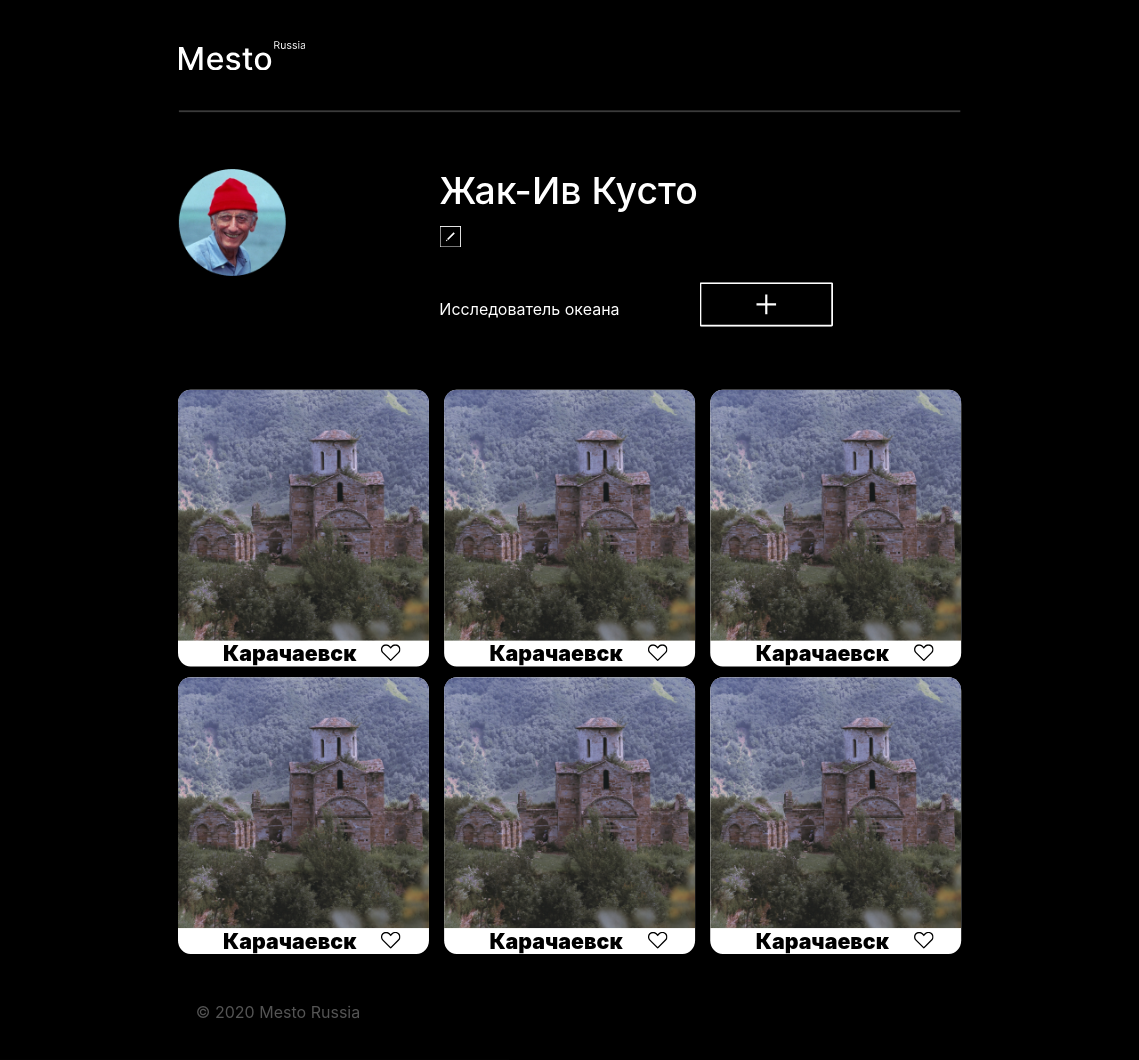
Repository: Ivan2399/mesto-project
Page: index.html
The author's editor kept a copy of each file at every save. The page is drawn from the files as they stood at one save, then again after the next save.
The browser window is 1280 px wide. The pictures show the whole page, at 89% of full size.

Above is the page before, as saved 2021-11-16 18:24:59.

After the next save:
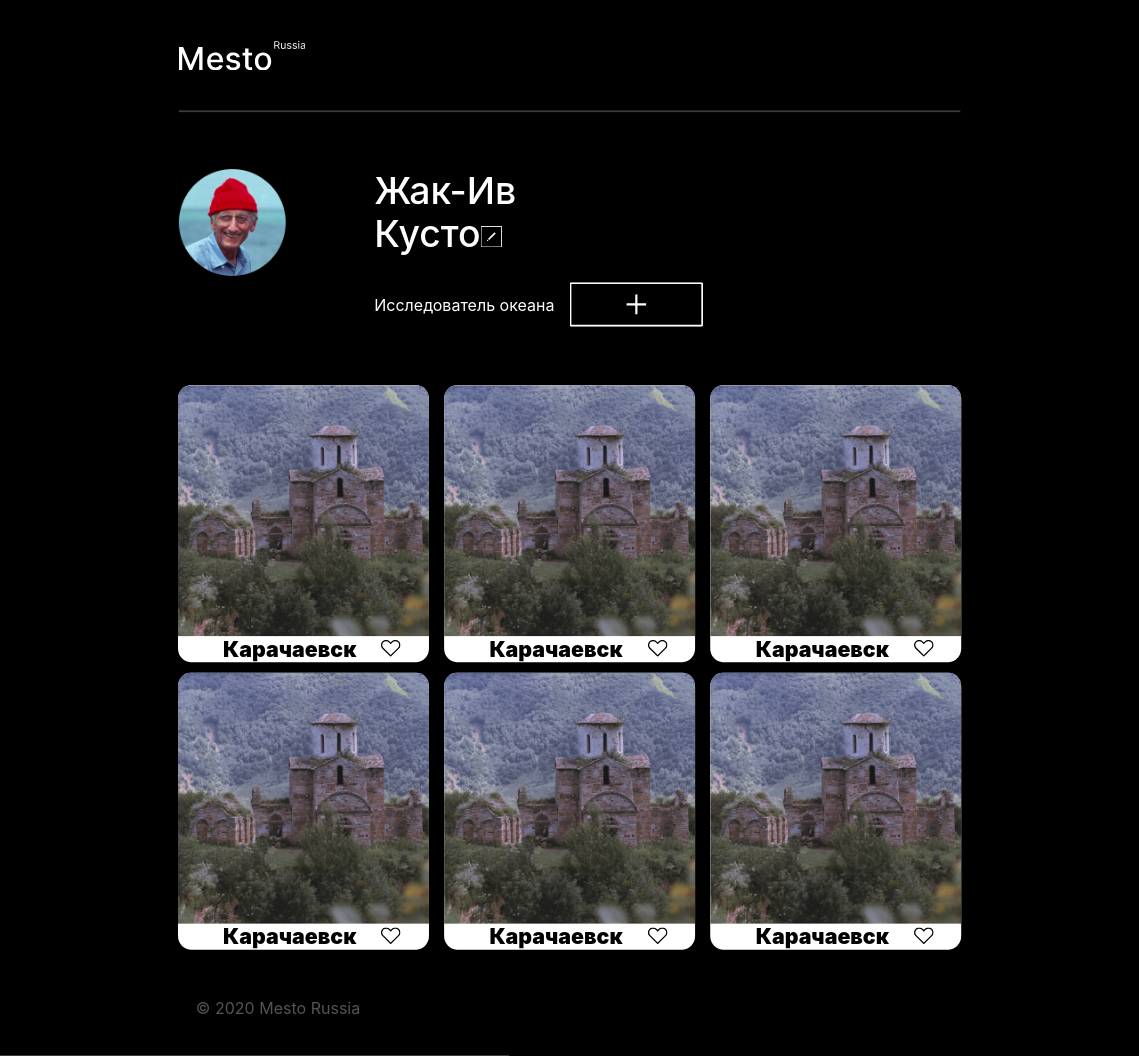
Saved 21 s later.
--- a/blocks/profile/__container/_mobile/profile__container_mobile.css
+++ b/blocks/profile/__container/_mobile/profile__container_mobile.css
@@ -1,3 +1,3 @@
 .profile__container_mobile{
-    grid-template-columns: repeat(auto-fit,minmax(200px,1fr));
+    grid-template-columns: repeat(auto-fill,minmax(200px,1fr));
 }

After the save that followed:
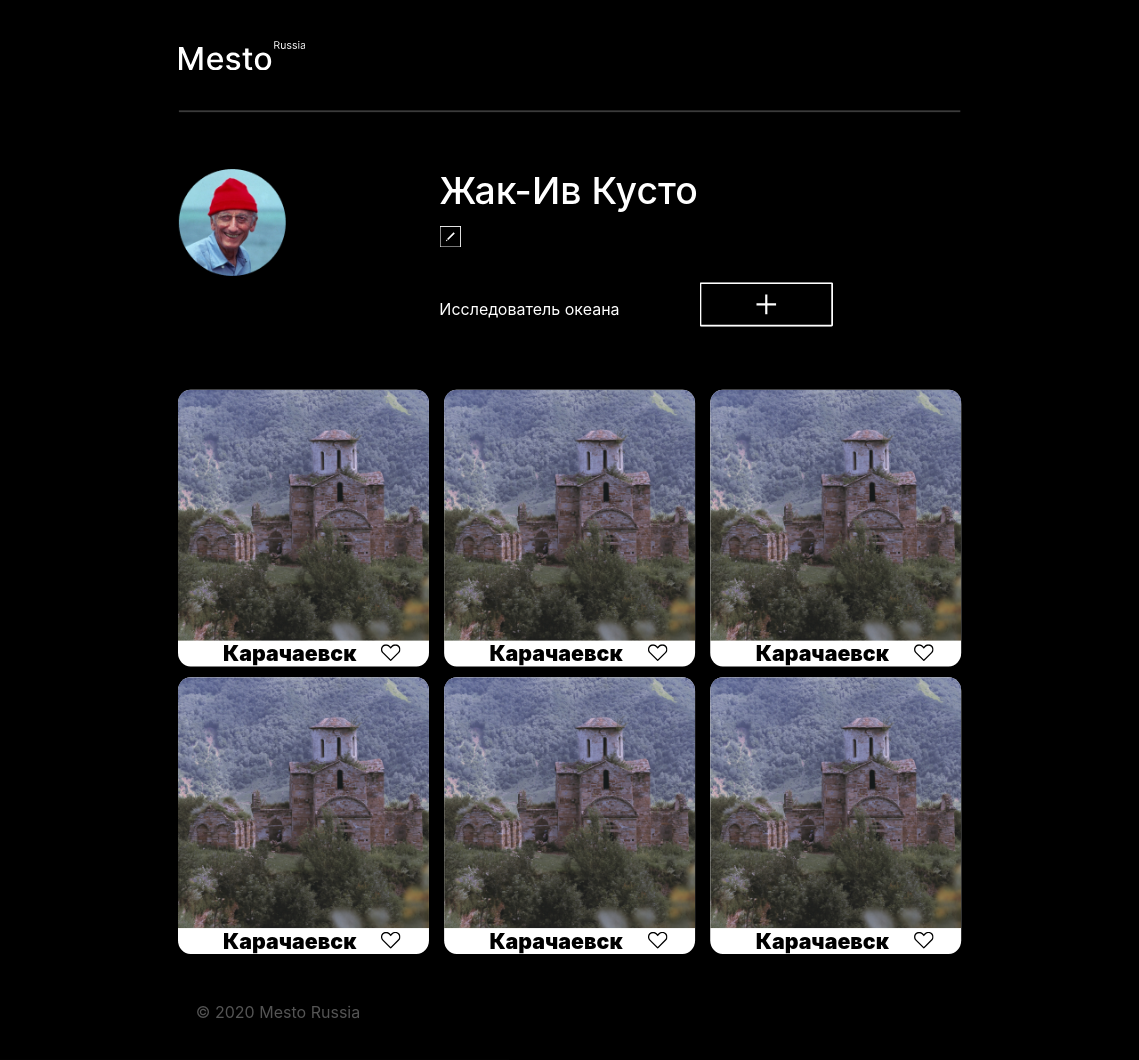
Saved 8 s later.
--- a/blocks/profile/__container/_mobile/profile__container_mobile.css
+++ b/blocks/profile/__container/_mobile/profile__container_mobile.css
@@ -1,3 +1,3 @@
 .profile__container_mobile{
-    grid-template-columns: repeat(auto-fill,minmax(200px,1fr));
+    grid-template-columns: repeat(auto-fit,minmax(200px,1fr));
 }
